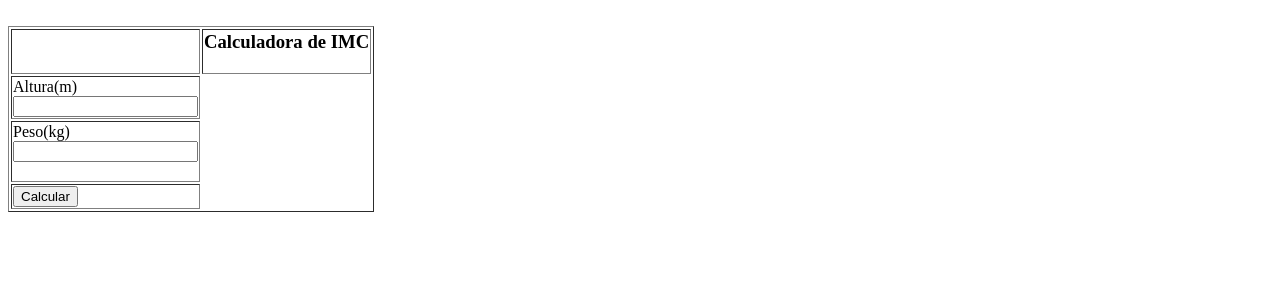
Repository: Patriciamativi/Projetos
Page: tabela.html
An editor plug-in stored every save of this project. The page is shown before and after the next save, followed by the edit.
The browser window is 1280 px wide. The pictures show the whole page.

Above is the page before, as saved 2022-11-17 21:11:01.

### tabela.html
<html>
    <head>
        <title>Calculadora de IMC</title>
        <meta charset="utf-8"/>
    </head>
<table border="1">
    <br>
    <tr><td
        <tr>
            <th><h3>Calculadora de IMC</h3></th></tr>

        <tr><td>Altura(m)<br/>
            <input type: "number" ></br></td></tr>

        <tr><td>Peso(kg)<br/>
            <input type: "number" > </br></br></td></tr>

        <tr><td><input type= "submit" value="Calcular"></td></tr>
   </tr>
    </form>
    </table>
</body>
</html>

After the next save:
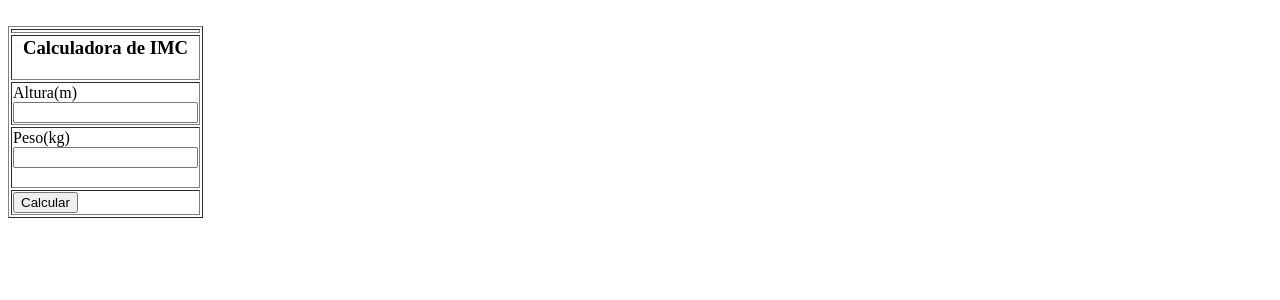
Saved 4 s later.
--- a/tabela.html
+++ b/tabela.html
@@ -5,7 +5,7 @@
     </head>
 <table border="1">
     <br>
-    <tr><td
+    <tr><td></td>
         <tr>
             <th><h3>Calculadora de IMC</h3></th></tr>
 
